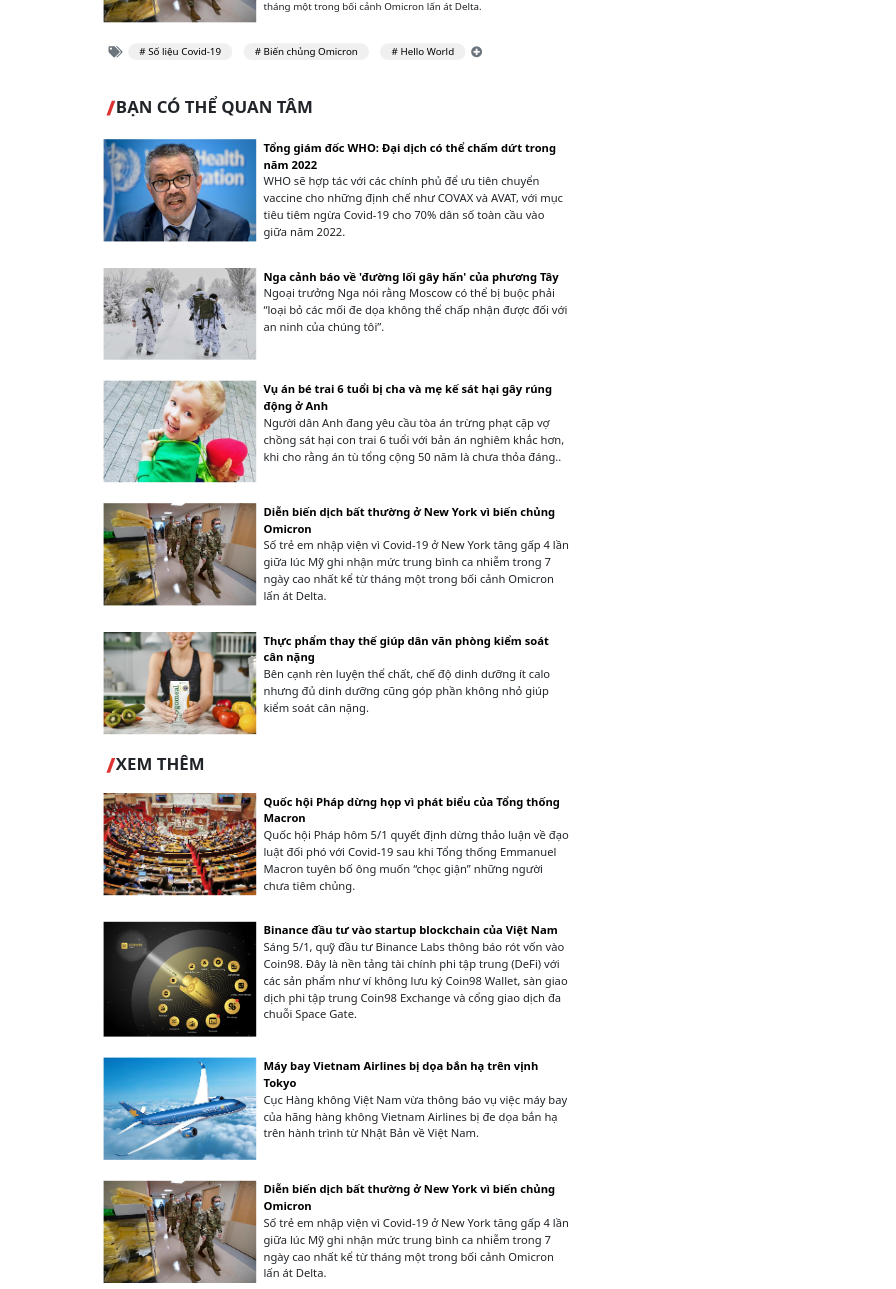
Repository: khanh2324/Java_Web
Page: WebContent/home-new/index.html
The author's editor kept a copy of each file at every save. The page is drawn from the files as they stood at one save, then again after the next save.
The browser window is 1280 px wide. The pictures show the part of the page from y = 2747 to 4667 px (the page is 4588 px tall before and 4944 px after), at 70% of full size.
Some web libraries are served in a nearby version.

Above is the page before, as saved 2022-01-06 10:29:44.

After the next save:
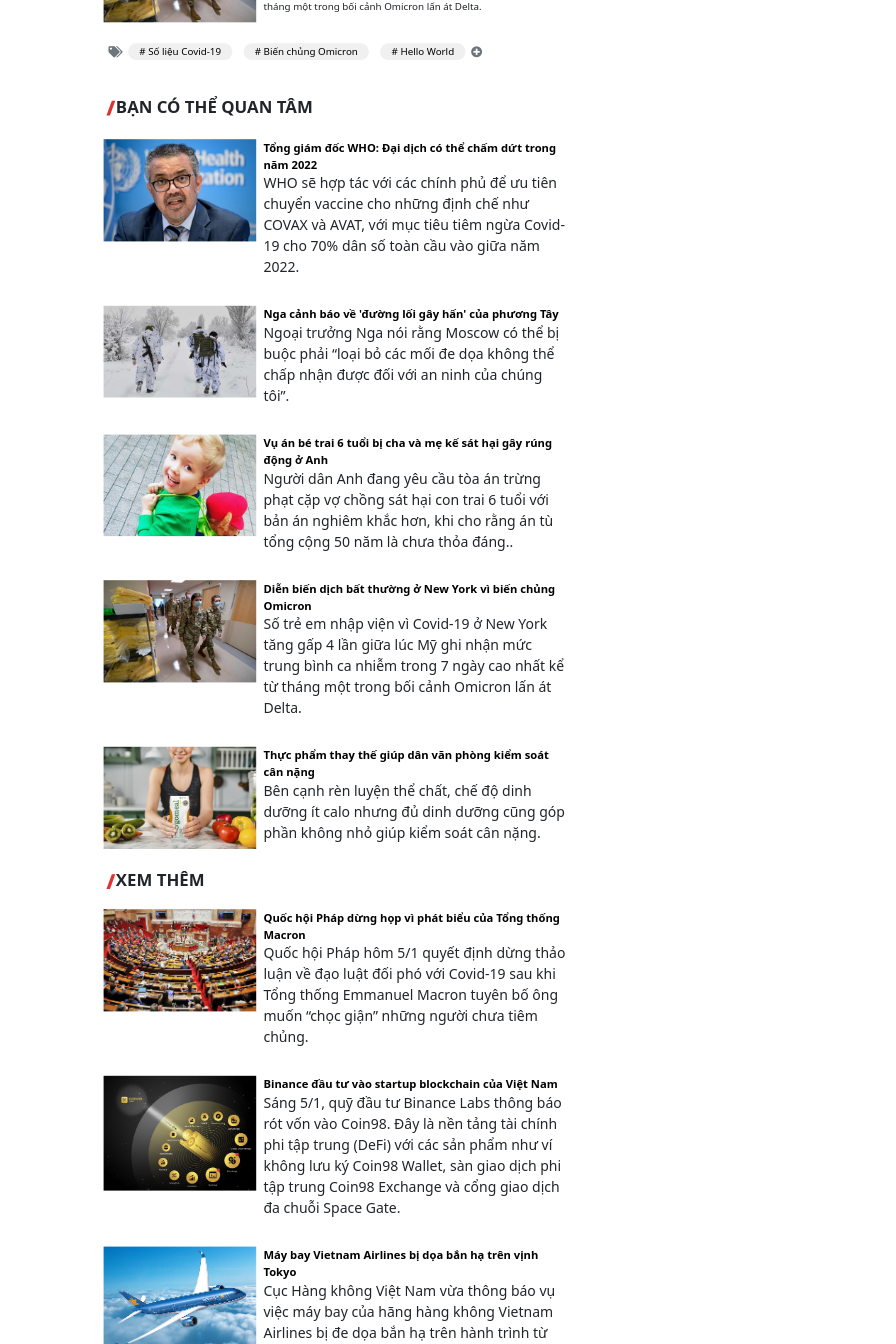
Saved 23 s later.
--- a/WebContent/home-new/css/style.css
+++ b/WebContent/home-new/css/style.css
@@ -21,6 +21,7 @@
 }
 
 /*  hero */
+.featrue-desc,
 .hero-name {
   font-size: 2rem;
 }
